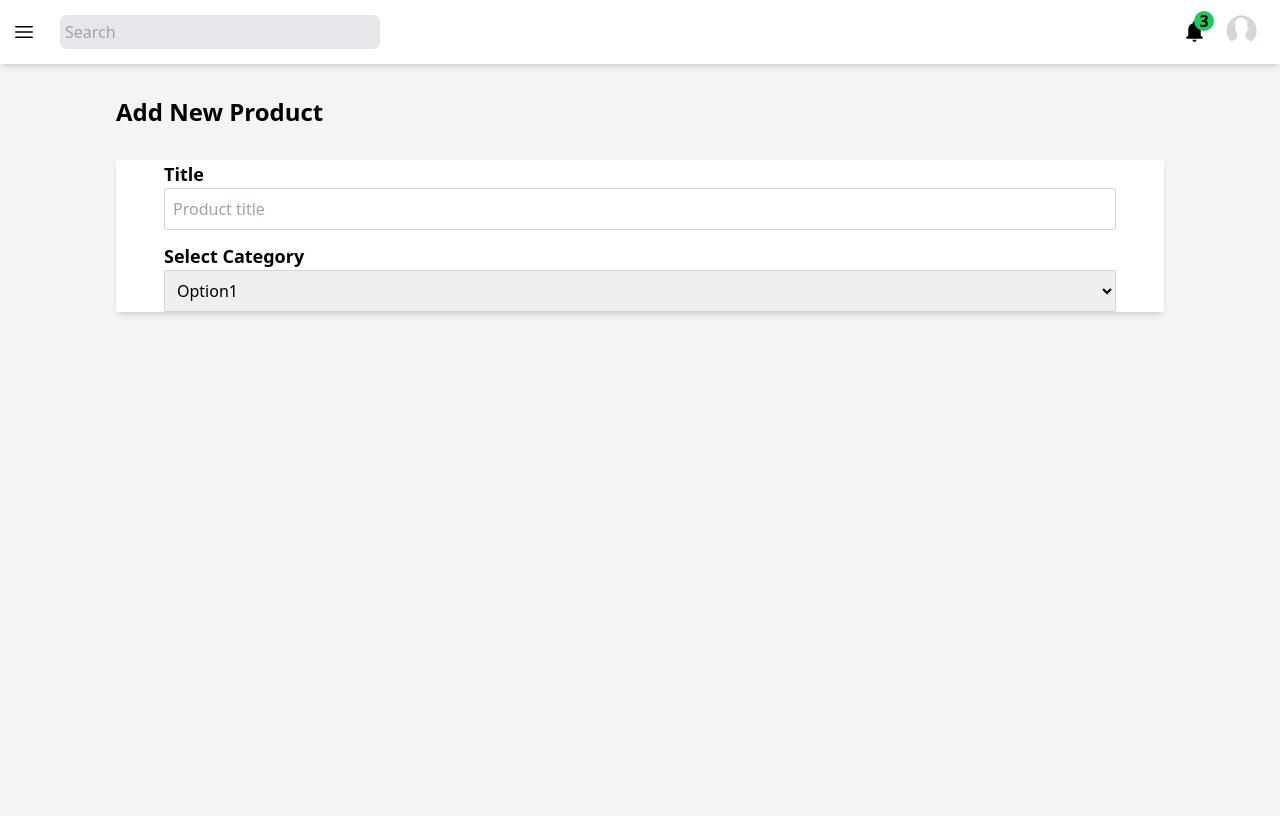
Repository: IssaMuiz/ifarmstock-admin
Page: /new-product
These files come from the project's save history. The page is drawn as it stood at one moment and after the next save; the edit follows.
The browser window is 1280 px wide. The pictures show the whole page.
The page's requests for data from a server got no answer. The project was rebuilt for these pictures with package versions that can differ from the ones it lists, and the page was loaded fresh each time. The framework's server and built-in components were replaced by stand-ins that run in the browser. No one was signed in, and anything a server would have sent is missing. Also part of the build but not shown: next.config.mjs.

Above is the page before, as saved 2024-10-12 23:45:50.

### app/layout.tsx
import type { Metadata } from "next";
import localFont from "next/font/local";
import "./globals.css";
import ClientSessionProvider from "../components/clientSessionProvider";

const geistSans = localFont({
  src: "./fonts/GeistVF.woff",
  variable: "--font-geist-sans",
  weight: "100 900",
});
const geistMono = localFont({
  src: "./fonts/GeistMonoVF.woff",
  variable: "--font-geist-mono",
  weight: "100 900",
});

export const metadata: Metadata = {
  title: "iFarmStock-admin",
  description: "Generated by create next app",
};

export default function RootLayout({
  children,
}: Readonly<{
  children: React.ReactNode;
}>) {
  return (
    <html lang="en">
      <body
        className={`${geistSans.variable} ${geistMono.variable} antialiased mx-5 bg-gray-100`}
      >
        <ClientSessionProvider>{children}</ClientSessionProvider>
      </body>
    </html>
  );
}

### app/new-product/page.tsx
import React from "react";

const NewProduct = () => {
  return (
    <section className="mt-24 min-h-screen  mx-12 md:mx-24">
      <div>
        <h1 className="text-2xl font-semibold mb-8">Add New Product</h1>
      </div>
      <form className="bg-white rounded-sm shadow-md">
        <div className="px-5 md:px-12 mb-3">
          <label className="text-lg font-semibold pt-5">Title</label>
          <input
            type="text"
            placeholder="Product title"
            className="w-full border border-gray-300 rounded-sm p-2"
          />
        </div>
        <div className="px-5 md:px-12 mb-3">
          <label className="text-lg font-semibold pt-5">Select Category</label>
          <select className="w-full border border-gray-300 rounded-sm p-2">
            <option value="">Option1</option>
            <option value="">Option2</option>
            <option value="">Option3</option>
          </select>
        </div>
      </form>
    </section>
  );
};

export default NewProduct;

### components/clientSessionProvider.tsx
"use client";

import { SessionProvider } from "next-auth/react";
import { ReactNode, useState } from "react";
import Navbar from "./navbar";
import Sidenav from "./sidenav";
import { usePathname } from "next/navigation";
export default function ClientSessionProvider({
  children,
}: {
  children: ReactNode;
}) {
  const [showSidebar, setShowSidebar] = useState(false);

  const pathname = usePathname();

  const noNavRoutes = [
    "/",
    "/forgot-password",
    "/reset-password",
    "/signup",
    "/verify-email",
  ];
  const toggleSidebar = () => {
    setShowSidebar((prev) => !prev);
  };
  return (
    <SessionProvider>
      <main className="flex ">
        <Sidenav showSidebar={showSidebar} setShowSidebar={setShowSidebar} />

        <div
          className={`fixed block xl:hidden inset-0 bg-black transition-opacity duration-300 ease-in-out z-10 ${
            showSidebar
              ? "opacity-40 pointer-events-auto"
              : "opacity-0 pointer-events-none"
          }`}
          onClick={toggleSidebar}
        ></div>
        <section
          className={`relative z-0 transition-all duration-300 ease-in-out ${
            showSidebar ? "xl:ml-64" : "w-full"
          }  flex-1`}
        >
          {!noNavRoutes.includes(pathname) && (
            <Navbar toggleSidebar={toggleSidebar} showSidebar={showSidebar} />
          )}

          {children}
        </section>
      </main>
    </SessionProvider>
  );
}

### components/navbar.tsx
import React, { useEffect, useRef } from "react";
import { useSession } from "next-auth/react";
import Image from "next/image";
import { useState } from "react";
import { signOut } from "next-auth/react";

interface ToggleSidebar {
  toggleSidebar: (event: React.MouseEvent<HTMLOrSVGElement>) => void;
  showSidebar: boolean;
}
const Navbar = ({ toggleSidebar, showSidebar }: ToggleSidebar) => {
  const [showProfile, setShowProfile] = useState(false);
  const { data: session } = useSession();
  const dropdownRef = useRef<HTMLDivElement>(null);

  const toggleShowProfile = () => {
    setShowProfile((prev) => !prev);
  };

  const handleClickOutside = (e: MouseEvent) => {
    if (
      dropdownRef.current &&
      !dropdownRef.current.contains(e.target as Node)
    ) {
      setShowProfile(false);
    }
  };

  useEffect(() => {
    document.addEventListener("mousedown", handleClickOutside);

    return () => {
      document.removeEventListener("mousedown", handleClickOutside);
    };
  }, []);
  return (
    <nav
      className={`bg-white h-16 fixed top-0 left-0 ${
        showSidebar ? "xl:left-64" : "w-full"
      } right-0 shadow-md z-10 transition-all ease-in-out duration-300`}
    >
      <div className="mx-auto flex justify-between p-2">
        <div className="leftnav flex-1 flex gap-2 md:gap-5 items-center ">
          <svg
            onClick={toggleSidebar}
            xmlns="http://www.w3.org/2000/svg"
            viewBox="0 0 24 24"
            strokeWidth={1.5}
            stroke="currentColor"
            className="size-8 rounded-sm cursor-pointer p-1 hover:bg-gray-300"
          >
            <path
              strokeLinecap="round"
              strokeLinejoin="round"
              d="M3.75 6.75h16.5M3.75 12h16.5m-16.5 5.25h16.5"
            />
          </svg>

          <input
            type="text"
            placeholder="Search"
            className="p-1 bg-gray-200 rounded-md max-w-80 flex-1 border outline-none"
          />
        </div>
        <div className="right-nav flex items-center gap-1 ml-2">
          <div className="relative cursor-pointer hover:bg-gray-300 rounded-sm p-2">
            <svg
              xmlns="http://www.w3.org/2000/svg"
              x="0px"
              y="0px"
              width="25"
              height="25"
              viewBox="0 0 24 24"
              className="fill:#1A1A1A;"
            >
              <path d="M 12 2 C 11.172 2 10.5 2.672 10.5 3.5 L 10.5 4.1953125 C 7.9131836 4.862095 6 7.2048001 6 10 L 6 16 L 4.4648438 17.15625 L 4.4628906 17.15625 A 1 1 0 0 0 4 18 A 1 1 0 0 0 5 19 L 12 19 L 19 19 A 1 1 0 0 0 20 18 A 1 1 0 0 0 19.537109 17.15625 L 18 16 L 18 10 C 18 7.2048001 16.086816 4.862095 13.5 4.1953125 L 13.5 3.5 C 13.5 2.672 12.828 2 12 2 z M 10 20 C 10 21.1 10.9 22 12 22 C 13.1 22 14 21.1 14 20 L 10 20 z"></path>
            </svg>
            <span className=" absolute flex items-center justify-center font-semibold top-0 left-5 bg-green-500 p-1 h-5 w-5 rounded-full">
              3
            </span>
          </div>
          <div className="relative ">
            <div
              className="cursor-pointer hover:bg-gray-100 flex items-center"
              onClick={toggleShowProfile}
            >
              <Image
                src={session?.user?.image || "/assets/images/avatar.png"}
                alt="profile-image"
                width={45}
                height={45}
                className="rounded-md p-1"
              />
              <div className="flex-col hidden md:flex p-1">
                <p className="font-semibold text-xs">{session?.user?.name}</p>
                <p>{session?.user?.email}</p>
              </div>
            </div>
            {showProfile && (
              <div
                ref={dropdownRef}
                className="bg-white shadow top-14 -right-2 absolute w-60 md:w-[18rem] text-xl font-semibold rounded-sm "
              >
                <div className="flex flex-col gap-3">
                  <p className="hover:bg-gray-300 cursor-pointer px-4 py-2 mt-5 transition-all ease-in-out duration-300 text-xs">
                    Profile
                  </p>
                  <hr />
                  <p
                    onClick={() => signOut()}
                    className="hover:bg-gray-300 cursor-pointer px-4 py-2 mb-2 transition-all ease-in-out duration-300 border-gray-300 text-xs"
                  >
                    Sign Out
                  </p>
                </div>
              </div>
            )}
          </div>
        </div>
      </div>
    </nav>
  );
};

export default Navbar;

### components/sidenav.tsx
import React from "react";
import Link from "next/link";

interface Sidebar {
  showSidebar: boolean;
  setShowSidebar: (Sidebar: boolean) => void;
}
const Sidenav = ({ showSidebar, setShowSidebar }: Sidebar) => {
  const closeSidebar = () => {
    if (window.innerWidth < 1280) {
      setShowSidebar(false);
    }
  };
  return (
    <aside className="h-20 overflow-y-auto">
      <div
        className={`fixed w-64 overflow-x-hidden scrollbar  overflow-auto z-20 left-0 top-0 bottom-0 transform transition-transform duration-300  bg-gray-600 ${
          showSidebar ? "translate-x-0" : "-translate-x-full"
        }`}
      >
        <div className="bg-green-600 h-16 flex items-center gap-2 font-bold justify-center">
          <p className="text-2xl">iFarmStock</p>
          <p className="bg-white p-1 rounded-sm font-semibold text-sm">ADMIN</p>
        </div>
        <div className="flex flex-col items-start gap-6 text-white text-base font-semibold mt-10">
          <Link
            onClick={closeSidebar}
            href="/dashboard"
            className="flex gap-5 w-full items-center py-3 px-6 hover:bg-gray-500 cursor-pointer"
          >
            <svg
              width="25px"
              height="25px"
              viewBox="0 0 24 24"
              fill="none"
              xmlns="http://www.w3.org/2000/svg"
            >
              <path
                d="M21.54 19.25H21.31C21.2159 19.2194 21.1288 19.1706 21.0537 19.1062C20.9785 19.0418 20.9169 18.9632 20.8723 18.8749C20.8277 18.7866 20.8009 18.6903 20.7937 18.5917C20.7864 18.493 20.7988 18.3939 20.83 18.3C21.2622 16.9152 21.3626 15.4482 21.1231 14.0175C20.8837 12.5868 20.3111 11.2324 19.4516 10.0638C18.5921 8.89521 17.4698 7.94514 16.1754 7.29034C14.8809 6.63553 13.4506 6.29435 12 6.29435C10.5494 6.29435 9.11906 6.63553 7.82462 7.29034C6.53019 7.94514 5.4079 8.89521 4.54841 10.0638C3.68892 11.2324 3.11633 12.5868 2.87688 14.0175C2.63743 15.4482 2.73784 16.9152 3.17 18.3C3.21197 18.396 3.23338 18.4997 3.23284 18.6044C3.2323 18.7092 3.20983 18.8126 3.16687 18.9082C3.12391 19.0037 3.06142 19.0892 2.98341 19.1591C2.90541 19.229 2.81363 19.2818 2.71398 19.314C2.61434 19.3463 2.50903 19.3574 2.40485 19.3465C2.30068 19.3356 2.19994 19.303 2.10912 19.2508C2.01831 19.1986 1.93943 19.128 1.87758 19.0434C1.81573 18.9589 1.77226 18.8624 1.75 18.76C1.28255 17.2814 1.14055 15.7191 1.33375 14.1804C1.52694 12.6417 2.05074 11.1631 2.86922 9.84591C3.68769 8.52873 4.78146 7.40423 6.07545 6.54957C7.36945 5.69492 8.83303 5.13034 10.3658 4.89459C11.8985 4.65884 13.4641 4.7575 14.9551 5.1838C16.4461 5.61009 17.8273 6.35393 19.0037 7.36426C20.1802 8.3746 21.1241 9.62751 21.7708 11.037C22.4174 12.4465 22.7515 13.9792 22.75 15.53C22.75 16.6259 22.5814 17.7154 22.25 18.76C22.1977 18.9057 22.1011 19.0313 21.9738 19.1192C21.8464 19.2071 21.6947 19.2528 21.54 19.25Z"
                fill="#ffffff"
              />
              <path
                d="M21.54 19.25H2.45999C2.26108 19.25 2.07031 19.171 1.92966 19.0303C1.78901 18.8897 1.70999 18.6989 1.70999 18.5C1.70999 18.3011 1.78901 18.1103 1.92966 17.9697C2.07031 17.829 2.26108 17.75 2.45999 17.75H21.54C21.7389 17.75 21.9297 17.829 22.0703 17.9697C22.211 18.1103 22.29 18.3011 22.29 18.5C22.29 18.6989 22.211 18.8897 22.0703 19.0303C21.9297 19.171 21.7389 19.25 21.54 19.25Z"
                fill="#ffffff"
              />
              <path
                d="M12 16.25C11.9015 16.2505 11.8038 16.2312 11.7128 16.1935C11.6218 16.1557 11.5392 16.1001 11.47 16.03C11.3295 15.8894 11.2507 15.6988 11.2507 15.5C11.2507 15.3013 11.3295 15.1106 11.47 14.97L15.47 10.97C15.613 10.8661 15.788 10.8161 15.9643 10.8287C16.1406 10.8413 16.3067 10.9157 16.4335 11.0389C16.5602 11.162 16.6394 11.326 16.6571 11.5018C16.6747 11.6777 16.6297 11.8541 16.53 12L12.53 16C12.4633 16.0756 12.3819 16.1367 12.2908 16.1797C12.1997 16.2227 12.1007 16.2466 12 16.25Z"
                fill="#ffffff"
              />
            </svg>
            <p>Dashboard</p>
          </Link>
          <Link
            onClick={closeSidebar}
            href="/products"
            className="flex gap-5 w-full items-center py-3 px-6 hover:bg-gray-500 cursor-pointer"
          >
            <svg
              xmlns="http://www.w3.org/2000/svg"
              fill="none"
              viewBox="0 0 24 24"
              strokeWidth={1.5}
              stroke="currentColor"
              className="size-6"
            >
              <path
                strokeLinecap="round"
                strokeLinejoin="round"
                d="M6 6.878V6a2.25 2.25 0 0 1 2.25-2.25h7.5A2.25 2.25 0 0 1 18 6v.878m-12 0c.235-.083.487-.128.75-.128h10.5c.263 0 .515.045.75.128m-12 0A2.25 2.25 0 0 0 4.5 9v.878m13.5-3A2.25 2.25 0 0 1 19.5 9v.878m0 0a2.246 2.246 0 0 0-.75-.128H5.25c-.263 0-.515.045-.75.128m15 0A2.25 2.25 0 0 1 21 12v6a2.25 2.25 0 0 1-2.25 2.25H5.25A2.25 2.25 0 0 1 3 18v-6c0-.98.626-1.813 1.5-2.122"
              />
            </svg>

            <p>Products</p>
          </Link>
          <Link
            onClick={closeSidebar}
            href="/categories"
            className="flex gap-5 w-full items-center py-3 px-6 hover:bg-gray-500 cursor-pointer"
          >
            <svg
              xmlns="http://www.w3.org/2000/svg"
              fill="none"
              viewBox="0 0 24 24"
              strokeWidth={1.5}
              stroke="currentColor"
              className="size-6"
            >
              <path
                strokeLinecap="round"
                strokeLinejoin="round"
                d="M20.25 6.375c0 2.278-3.694 4.125-8.25 4.125S3.75 8.653 3.75 6.375m16.5 0c0-2.278-3.694-4.125-8.25-4.125S3.75 4.097 3.75 6.375m16.5 0v11.25c0 2.278-3.694 4.125-8.25 4.125s-8.25-1.847-8.25-4.125V6.375m16.5 0v3.75m-16.5-3.75v3.75m16.5 0v3.75C20.25 16.153 16.556 18 12 18s-8.25-1.847-8.25-4.125v-3.75m16.5 0c0 2.278-3.694 4.125-8.25 4.125s-8.25-1.847-8.25-4.125"
              />
            </svg>

            <p>Categories</p>
          </Link>
          <Link
            onClick={closeSidebar}
            href="/orders"
            className="flex gap-5 w-full items-center py-3 px-6 hover:bg-gray-500 cursor-pointer"
          >
            <svg
              xmlns="http://www.w3.org/2000/svg"
              fill="none"
              viewBox="0 0 24 24"
              strokeWidth={1.5}
              stroke="currentColor"
              className="size-6"
            >
              <path
                strokeLinecap="round"
                strokeLinejoin="round"
                d="M2.25 3h1.386c.51 0 .955.343 1.087.835l.383 1.437M7.5 14.25a3 3 0 0 0-3 3h15.75m-12.75-3h11.218c1.121-2.3 2.1-4.684 2.924-7.138a60.114 60.114 0 0 0-16.536-1.84M7.5 14.25 5.106 5.272M6 20.25a.75.75 0 1 1-1.5 0 .75.75 0 0 1 1.5 0Zm12.75 0a.75.75 0 1 1-1.5 0 .75.75 0 0 1 1.5 0Z"
              />
            </svg>

            <p>Orders</p>
          </Link>
          <Link
            onClick={closeSidebar}
            href="/customers"
            className="flex gap-5 w-full items-center py-3 px-6 hover:bg-gray-500 cursor-pointer"
          >
            <svg
              xmlns="http://www.w3.org/2000/svg"
              fill="none"
              viewBox="0 0 24 24"
              strokeWidth={1.5}
              stroke="currentColor"
              className="size-6"
            >
              <path
                strokeLinecap="round"
                strokeLinejoin="round"
                d="M15.75 6a3.75 3.75 0 1 1-7.5 0 3.75 3.75 0 0 1 7.5 0ZM4.501 20.118a7.5 7.5 0 0 1 14.998 0A17.933 17.933 0 0 1 12 21.75c-2.676 0-5.216-.584-7.499-1.632Z"
              />
            </svg>

            <p>Customers</p>
          </Link>
          <Link
            onClick={closeSidebar}
            href="/settings"
            className="flex gap-5 w-full items-center py-3 px-6 hover:bg-gray-500 cursor-pointer"
          >
            <svg
              xmlns="http://www.w3.org/2000/svg"
              fill="none"
              viewBox="0 0 24 24"
              strokeWidth={1.5}
              stroke="currentColor"
              className="size-6"
            >
              <path
                strokeLinecap="round"
                strokeLinejoin="round"
                d="M9.594 3.94c.09-.542.56-.94 1.11-.94h2.593c.55 0 1.02.398 1.11.94l.213 1.281c.063.374.313.686.645.87.074.04.147.083.22.127.325.196.72.257 1.075.124l1.217-.456a1.125 1.125 0 0 1 1.37.49l1.296 2.247a1.125 1.125 0 0 1-.26 1.431l-1.003.827c-.293.241-.438.613-.43.992a7.723 7.723 0 0 1 0 .255c-.008.378.137.75.43.991l1.004.827c.424.35.534.955.26 1.43l-1.298 2.247a1.125 1.125 0 0 1-1.369.491l-1.217-.456c-.355-.133-.75-.072-1.076.124a6.47 6.47 0 0 1-.22.128c-.331.183-.581.495-.644.869l-.213 1.281c-.09.543-.56.94-1.11.94h-2.594c-.55 0-1.019-.398-1.11-.94l-.213-1.281c-.062-.374-.312-.686-.644-.87a6.52 6.52 0 0 1-.22-.127c-.325-.196-.72-.257-1.076-.124l-1.217.456a1.125 1.125 0 0 1-1.369-.49l-1.297-2.247a1.125 1.125 0 0 1 .26-1.431l1.004-.827c.292-.24.437-.613.43-.991a6.932 6.932 0 0 1 0-.255c.007-.38-.138-.751-.43-.992l-1.004-.827a1.125 1.125 0 0 1-.26-1.43l1.297-2.247a1.125 1.125 0 0 1 1.37-.491l1.216.456c.356.133.751.072 1.076-.124.072-.044.146-.086.22-.128.332-.183.582-.495.644-.869l.214-1.28Z"
              />
              <path
                strokeLinecap="round"
                strokeLinejoin="round"
                d="M15 12a3 3 0 1 1-6 0 3 3 0 0 1 6 0Z"
              />
            </svg>

            <p>Settings</p>
          </Link>
        </div>
      </div>
    </aside>
  );
};

export default Sidenav;

Loaded but not shown: app/globals.css (common file); tailwind.config.ts (common file)

After the next save:
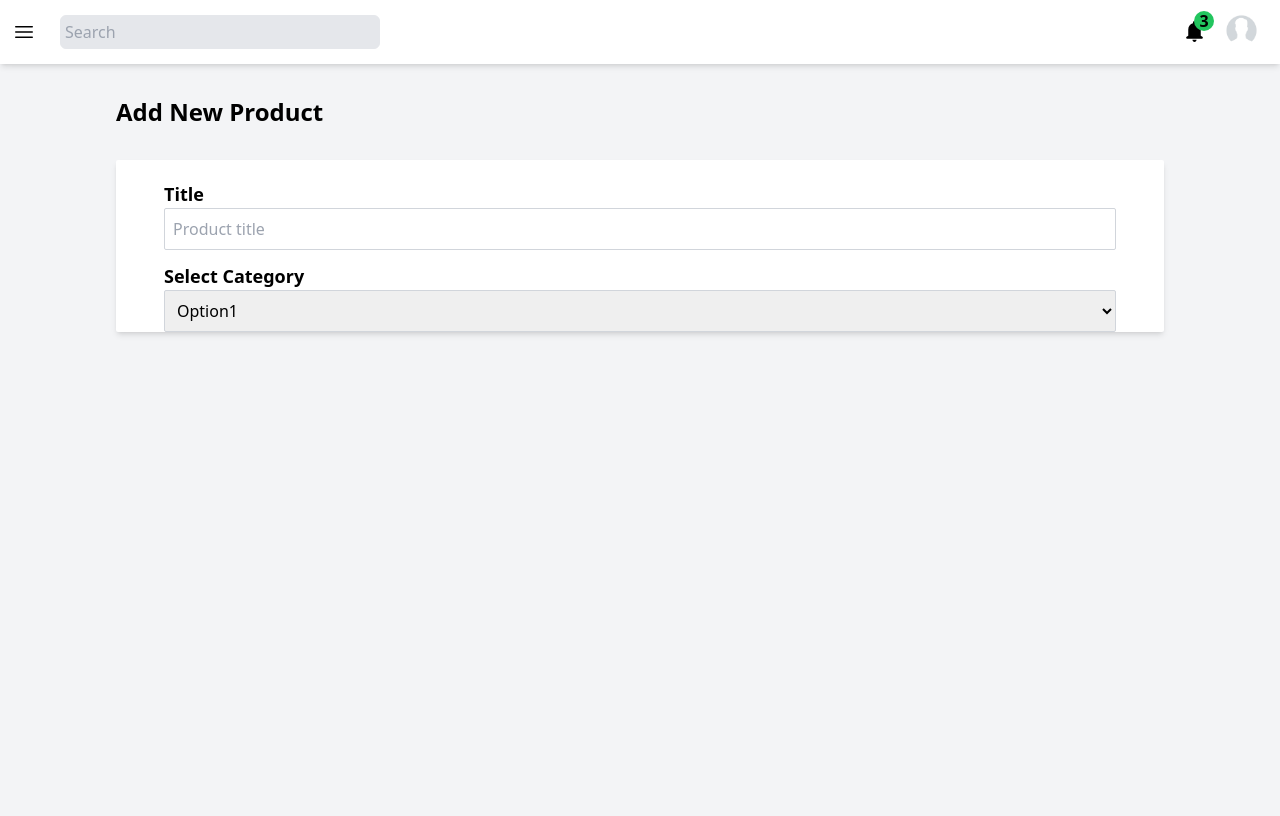
Saved 61 s later.
--- a/app/new-product/page.tsx
+++ b/app/new-product/page.tsx
@@ -7,8 +7,8 @@ const NewProduct = () => {
         <h1 className="text-2xl font-semibold mb-8">Add New Product</h1>
       </div>
       <form className="bg-white rounded-sm shadow-md">
-        <div className="px-5 md:px-12 mb-3">
-          <label className="text-lg font-semibold pt-5">Title</label>
+        <div className="px-5 md:px-12 mb-3 pt-5">
+          <label className="text-lg font-semibold">Title</label>
           <input
             type="text"
             placeholder="Product title"
